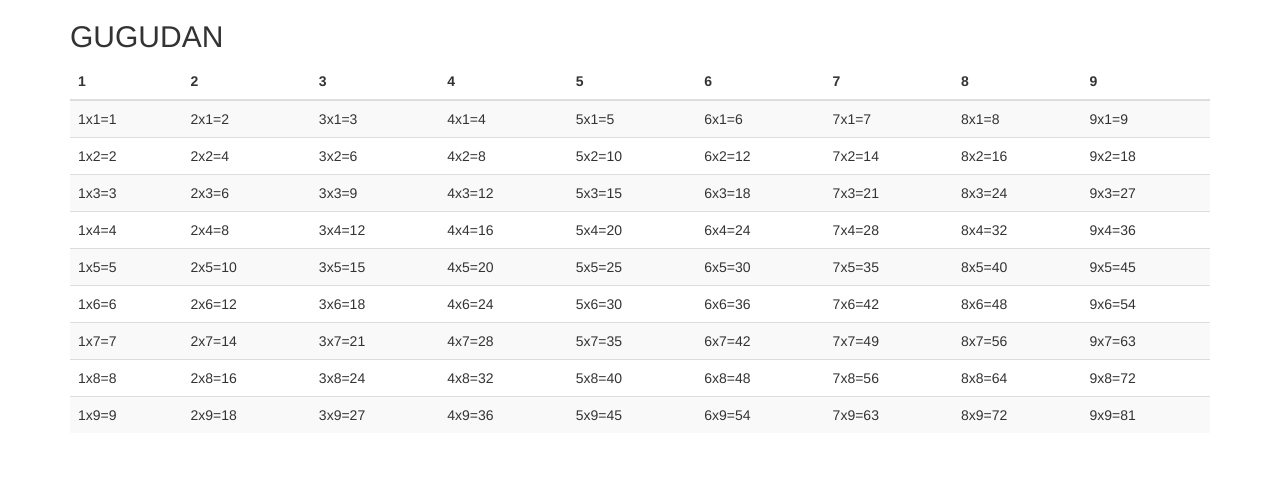
Repository: SongSooJin/JSP
Page: http://localhost/5-jsp-basic/example5/gugudan4.jsp
These files come from the project's save history. The page is drawn as it stood at one moment and after the next save; the edit follows.
The browser window is 1280 px wide. The pictures show the whole page.
The page is served by Tomcat 9.

Above is the page before, as saved 2018-10-08 06:04:06.

After the next save:
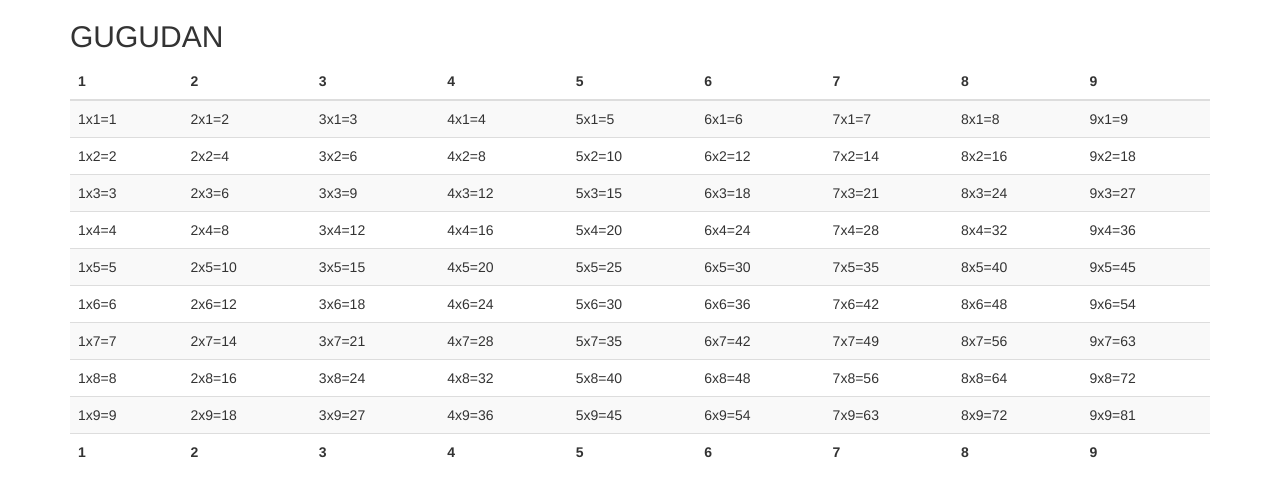
Saved 24 s later.
--- a/5-jsp-basic/WebContent/example5/gugudan4.jsp
+++ b/5-jsp-basic/WebContent/example5/gugudan4.jsp
@@ -46,6 +46,10 @@
 						out.print("</tr>");
 					}
 				%>
+				<c:forEach var="i" begin="1" end="9" step="1">
+						<th>${i }</th>
+
+				</c:forEach>
 			</tbody>
 		</table>
 	</div>

After the save that followed:
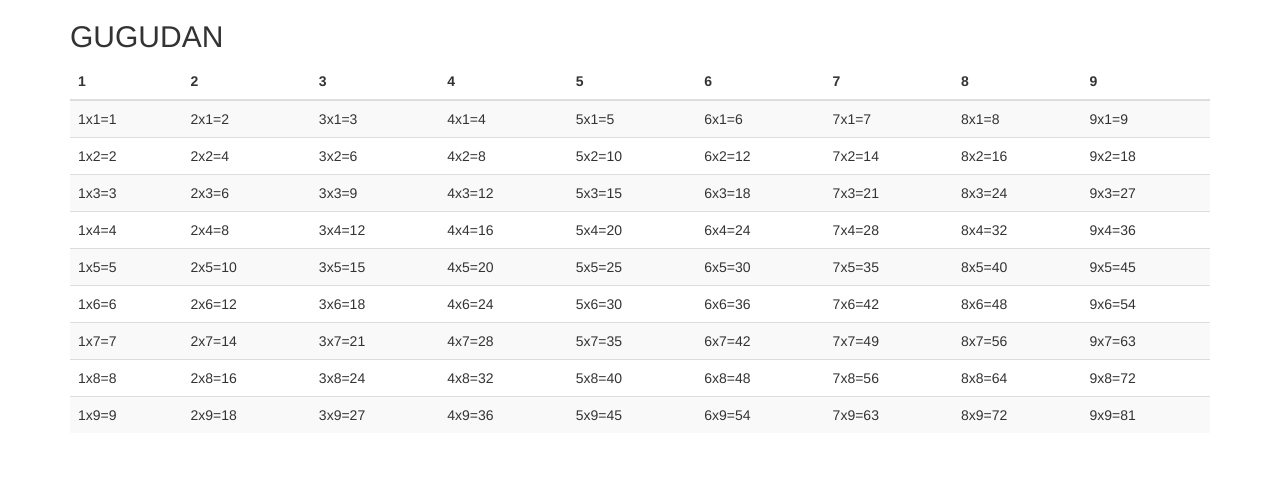
Saved 26 s later.
--- a/5-jsp-basic/WebContent/example5/gugudan4.jsp
+++ b/5-jsp-basic/WebContent/example5/gugudan4.jsp
@@ -47,8 +47,9 @@
 					}
 				%>
 				<c:forEach var="i" begin="1" end="9" step="1">
-						<th>${i }</th>
+					<c:forEach var="i" begin="1" end="9" step="1">
 
+					</c:forEach>
 				</c:forEach>
 			</tbody>
 		</table>
